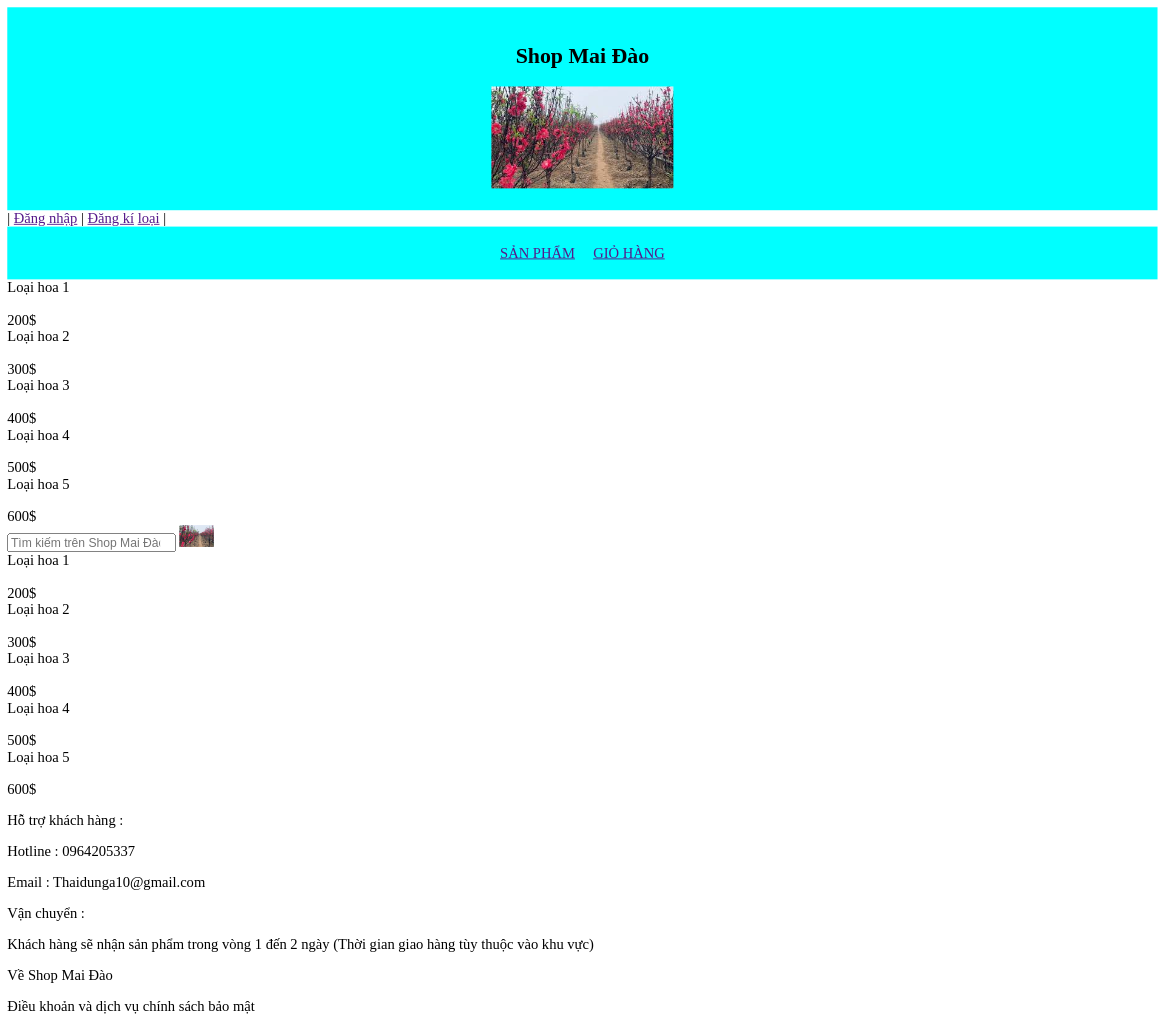
Repository: 08PS22617Dung/08-PS22617-D-ng
Page: agm2/ShopMaiDao.html
These files come from the project's save history. The page is drawn as it stood at one moment and after the next save; the edit follows.
The browser window is 1280 px wide. The pictures show the whole page, at 91% of full size.

Above is the page before, as saved 2022-02-14 08:48:04.
Not found: agm2/dangki.html
Not found: agm2/dangnhap.html

After the next save:
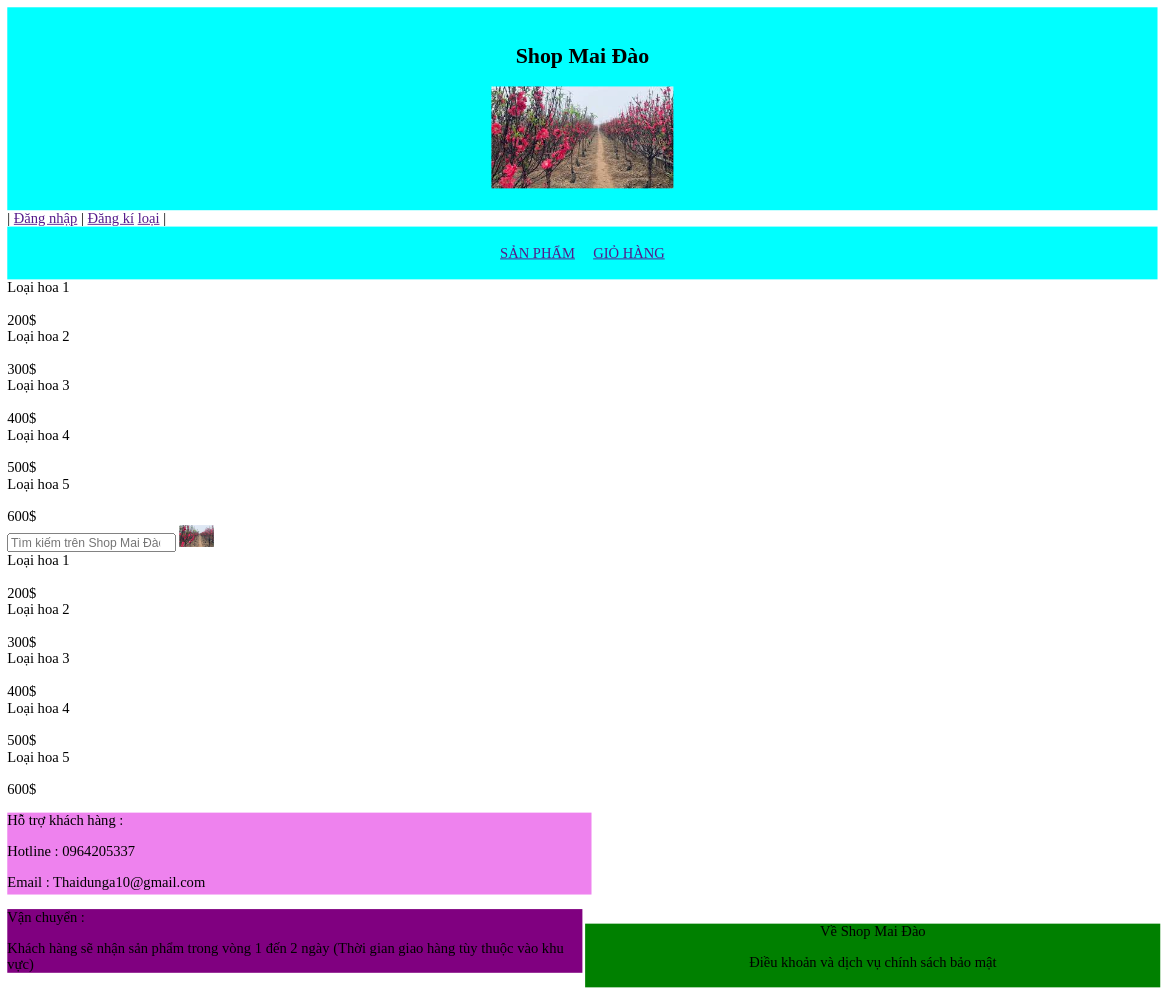
Saved 53 s later.
--- a/agm2/1.css
+++ b/agm2/1.css
@@ -3,3 +3,28 @@ nav{
     padding:20px;
     text-align: center;
 }
+.box--1 {
+    width: 50%;
+    background-color: violet;
+    height: 90px;
+    padding-right: 10px;
+  }
+  .box--2 {
+    background-color: purple;
+    width: 50%;
+    height: 70px;
+  }
+  .box--3 {
+    background-color: green;
+    width: 50%;
+    height: 70px;
+    text-align: center;
+    margin-top: -70px;
+    margin-left: 39.7rem;
+  }
+  footer {
+    padding: 0 auto;
+    color: white;
+    clear: left;
+    background-color: red;
+  }
